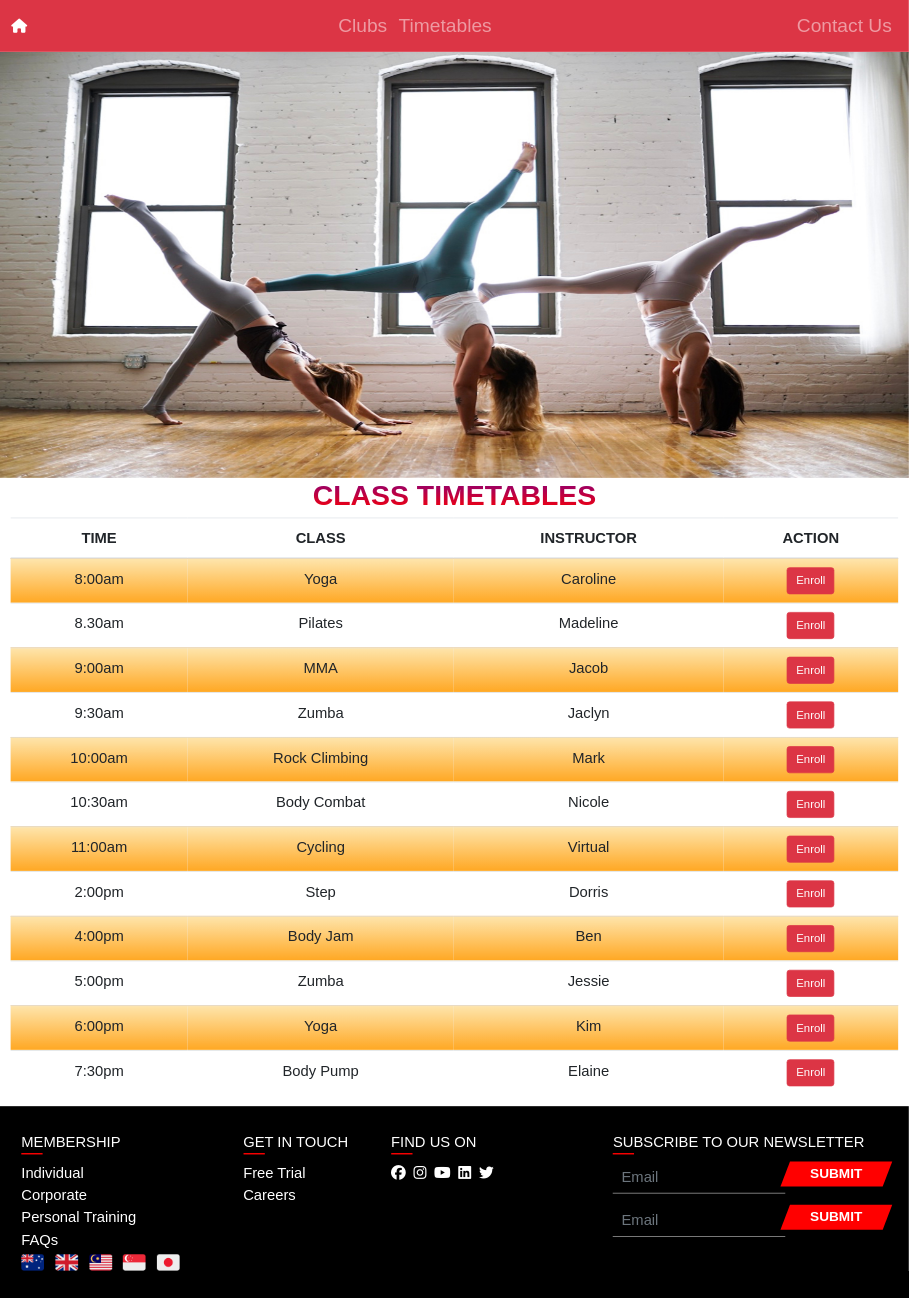
Repository: KJY93/User_Centric_Frontend_Development_Project
Page: timetables.html
The author's editor kept a record of every edit. The page is drawn from the files as they stood at one moment, then again after the next edit.
The browser window is 1280 px wide. The pictures show the whole page, at 71% of full size.
Some web fonts or font styles are not loaded; a fallback is used. Some web libraries are served in a nearby version.

Above is the page before.

### timetables.html
<!DOCTYPE html>
<html lang="en-US">
	<head>
	    <meta charset="UTF-8">
	    <meta name="viewport" content="width=device-width, initial-scale=1.0">
	    <meta http-equiv="X-UA-Compatible" content="ie=edge">
	    <title>Shape Shifters | Our Clubs</title>

		<!-- Google Fonts -->
	    <link href="https://fonts.googleapis.com/css?family=Cute+Font&display=swap" rel="stylesheet">

	    <!-- Logo -->
	    <link rel="icon" href="static/fitness-logo.ico">

	    <!-- Bootstrap CSS -->
	    <link rel="stylesheet" href="https://stackpath.bootstrapcdn.com/bootstrap/4.3.1/css/bootstrap.min.css" integrity="sha384-ggOyR0iXCbMQv3Xipma34MD+dH/1fQ784/j6cY/iJTQUOhcWr7x9JvoRxT2MZw1T" crossorigin="anonymous">

	    <!-- External CSS StyleSheet -->
		<link rel="stylesheet" type="text/css" href="static/styles.css">

		<!-- Bootstrap JS -->
	    <script src="https://code.jquery.com/jquery-3.3.1.slim.min.js" integrity="sha384-q8i/X+965DzO0rT7abK41JStQIAqVgRVzpbzo5smXKp4YfRvH+8abtTE1Pi6jizo" crossorigin="anonymous"></script>
	    <script src="https://cdnjs.cloudflare.com/ajax/libs/popper.js/1.14.7/umd/popper.min.js" integrity="sha384-UO2eT0CpHqdSJQ6hJty5KVphtPhzWj9WO1clHTMGa3JDZwrnQq4sF86dIHNDz0W1" crossorigin="anonymous"></script>
	    <script src="https://stackpath.bootstrapcdn.com/bootstrap/4.3.1/js/bootstrap.min.js" integrity="sha384-JjSmVgyd0p3pXB1rRibZUAYoIIy6OrQ6VrjIEaFf/nJGzIxFDsf4x0xIM+B07jRM" crossorigin="anonymous"></script>

	    <!-- Font Awesome -->
	    <script src="https://kit.fontawesome.com/3df94da5fe.js"></script>
	</head>

	<body>
	    <main>
	        <!-- Navbar -->
			<nav class="navbar navbar-expand-md navbar-dark bg-danger">
			  	<a class="navbar-brand" href="index.html"><i class="fas fa-home"></i></a>
			  	<button class="navbar-toggler" type="button" data-toggle="collapse" data-target="#navbarNav">
			    <span class="navbar-toggler-icon"></span>
			  	</button>
			  	<div class="collapse navbar-collapse" id="navbarNav">
			    	<ul class="navbar-nav ml-auto">
			      		<li class="nav-item">
			        		<a class="nav-link" href="clubs.html">Clubs</a>
			      		</li>
			      		<li class="nav-item">
			        		<a class="nav-link" href="timetables.html">Timetables</a>
			      		</li>
			    	</ul>

			    	<ul class="navbar-nav ml-auto">
			      		<li class="nav-item">
			        		<a class="nav-link" href="contact.html">Contact Us</a>
			      		</li>
			    	</ul>
			  	</div>
			</nav>

			<!-- Timetables background -->
			<div id="timetables-header-background"></div>

			<!-- Class Timetables Header-->
			<div>
				<h1 class="club-header"><strong>CLASS TIMETABLES</strong></h1>
			</div>

			<!-- Timetables -->
			<div class="container-fluid">
                <table class="table table-striped">
                    <thead>
                        <tr>
                            <th scope="col">TIME</th>
                            <th scope="col">CLASS</th>
                            <th scope="col">INSTRUCTOR</th>
                            <th scope="col">ACTION</th>
                        </tr>
                    </thead>
                    <tbody>
                        <tr>
                            <td>8:00am</td>
                            <td>Yoga</td>
                            <td>Caroline</td>
                            <td><button type="button" class="btn btn-danger">Enroll</button></td>
                        </tr>
                        <tr>
                            <td>8.30am</td>
                            <td>Pilates</td>
                            <td>Madeline</td>
                            <td><button type="button" class="btn btn-danger">Enroll</button></td>
                        </tr>
                        <tr>
                            <td>9:00am</td>
                            <td>MMA</td>
                            <td>Jacob</td>
                            <td><button type="button" class="btn btn-danger">Enroll</button></td>
                        </tr>
                        <tr>
                            <td>9:30am</td>
                            <td>Zumba</td>
                            <td>Jaclyn</td>
                            <td><button type="button" class="btn btn-danger">Enroll</button></td>
                        </tr>
                        <tr>
                            <td>10:00am</td>
                            <td>Rock Climbing</td>
                            <td>Mark</td>
                            <td><button type="button" class="btn btn-danger">Enroll</button></td>
                        </tr>
                        <tr>
                            <td>10:30am</td>
                            <td>Body Combat</td>
                            <td>Nicole</td>
                            <td><button type="button" class="btn btn-danger">Enroll</button></td>
                        </tr>
                        <tr>
                            <td>11:00am</td>
                            <td>Cycling</td>
                            <td>Virtual</td>
                            <td><button type="button" class="btn btn-danger">Enroll</button></td>
                        </tr>
                        <tr>
                            <td>2:00pm</td>
                            <td>Step</td>
                            <td>Dorris</td>
                            <td><button type="button" class="btn btn-danger">Enroll</button></td>
                        </tr>
                        <tr>
                            <td>4:00pm</td>
                            <td>Body Jam</td>
                            <td>Ben</td>
                            <td><button type="button" class="btn btn-danger">Enroll</button></td>
                        </tr>
                        <tr>
                            <td>5:00pm</td>
                            <td>Zumba</td>
                            <td>Jessie</td>
                            <td><button type="button" class="btn btn-danger">Enroll</button></td>
                        </tr>
                        <tr>
                            <td>6:00pm</td>
                            <td>Yoga</td>
                            <td>Kim</td>
                            <td><button type="button" class="btn btn-danger">Enroll</button></td>
                        </tr>
                        <tr>
                            <td>7:30pm</td>
                            <td>Body Pump</td>
                            <td>Elaine</td>
                            <td><button type="button" class="btn btn-danger">Enroll</button></td>
                        </tr>
                    </tbody>
                </table>
            </div>

			<!-- Footer -->
			<footer>
				<div class="container-fluid">
					<div class="row">
						<div class="col-sm-12 col-md-3">
							<div>MEMBERSHIP</div>
							<div class="separator"></div>
							<div>Individual</div>
							<div>Corporate</div>
							<div>Personal Training</div>
							<div>FAQs</div>
						</div>

						<div class="col-sm-12 col-md-2">
							<div>GET IN TOUCH</div>
							<div class="separator"></div>
							<div>Free Trial</div>
							<div>Careers</div>
						</div>

						<div class="col-sm-12 col-md-3">
							<div>FIND US ON</div>
							<div class="separator"></div>
							<div>
								<i class="fab fa-facebook social-media-logo"></i>
								<i class="fab fa-instagram social-media-logo"></i>
								<i class="fab fa-youtube social-media-logo"></i>
								<i class="fab fa-linkedin social-media-logo"></i>
								<i class="fab fa-twitter social-media-logo"></i>
							</div>
						</div>

						<div class="col-sm-12 col-md-4">
							<div>SUBSCRIBE TO OUR NEWSLETTER</div>

							<div class="separator"></div>

							<form method="post" action="">
								<div class="input-field-container">
									<div class="form-group">
										<input id="subscription" type="email" class="form-control" placeholder="Email" required>
									</div>

									<div class="each">
										<button type="button" class="submit-btn" value="submit"><span>SUBMIT</span></button>
									</div>
								</div>
							</form>

						<form method="post" action="">
							<div class="input-field-container">
								<div class="form-group">
									<input id="subscription" type="email" class="form-control" placeholder="Email" required>
								</div>

								<div>
									<button type="button" class="submit-btn" value="submit"><span>SUBMIT</span></button>
								</div>
							</div>
						</form>


						</div>

						<div class="col-sm-12">
							<img class="flag-logo" src="static/australia-flag.png" alt="australia flag"/>
							<img class="flag-logo" src="static/uk-flag.png" alt="uk flag"/>
							<img class="flag-logo" src="static/mys-flag.png" alt="malaysia flag"/>
							<img class="flag-logo" src="static/sg-flag.png" alt="singapore flag"/>
							<img class="flag-logo" src="static/jpn-flag.png" alt="japan flag"/>
						</div>

					</div>
				</div>
			</footer>

	    </main>
	</body>
</html>

### static/styles.css
body, html {
	height: 100%;
}

body {
	font-family: 'Cute Font', cursive, sans-serif;
}

/*.nav-status.activelink > span {*/
/*	border: 1px solid red;	*/
/*}*/

body.home a.home, body.articles a.articles, body.blog a.blog {

	background-color: green;

}

.nav-item {
	font-size: 130%;
}

.table-striped > tbody > tr:nth-child(odd) > td {
	background: -webkit-linear-gradient(top, #fee5ac, #ffa824);
}

#subscription {
  background: transparent;
  border: none;
  border-bottom: 1px solid #a9a9a9;
  box-shadow: none;
  border-radius: 0;
}

.iframe-video-size {
	width: 300px;
	height: 320px;
}

.social-media-logo {
	margin-right: 5px;
}

.separator {
	margin-bottom: 10px;
	height: 2px;
	width: 30px;
	background: rgb(255, 0, 0);
	z-index: 1;
}

.row {
	margin-left: 0;
	margin-right: 0;
}

#advert > h1 {
	color: #ffffff;
}

#signup-link {
	color: #ffffff;
}

input[type="email"] {
 	font-size: 1em;
}

.col-sm-12, .col-md-6, .nav-link, #signup-link {
	font-size: 1.3em;
}

.link-deco:link {
	text-decoration: none;
}

.link-deco:hover {
	font-size:120%;
}

.link-font-color, button > .link-deco:hover {
	color: #ffffff;
}

.box2, .box3 {
	background: rgba(255,117,117,0.1);
}

.button-container, p, .challenge-container, #signup-container, .box3, .box2 {
	text-align: center;
}

#divider {
	width: 100%;
	border: 1px solid black;
}

footer {
	padding-top: 35px;
	padding-bottom: 35px;
	background: rgba(0, 0, 0);
	color: #ffffff;
}

.box1 {
	background:url('../static/background-mobile.jpg');
	background-repeat: no-repeat;
	background-size: 100% 100%;
	height: 280px;
	display: flex;
	align-items: center;
	justify-content: center;
}

/*https://codepen.io/adamjohnson/pen/aokGt*/
/* Skew button design adapted from the above codepen project*/
.submit-btn {
	color: #fff;
	background: #ff0000;
	font-weight: 700;
	text-align: center;
	text-decoration: none;
	border: 0;
	outline: 0;
	font-size: 1.2rem;
	padding: 12px 35px;
	display: inline-block;
	transform: skew(-21deg);
	border-radius: 0;
}

.input-field-container {
	display: flex;
	flex-direction: row;
}

.submit-btn:hover {
	background: #0069a8;
}

span {
	display: inline-block; /* change to inline-block so that the text can be un-skewed*/
}

.submit-btn > span {
	-webkit-transform: skew(21deg);  /* Un-skew the text */
}

.btn-group {
	padding-left: 15px;
}

.btn-group-1 {
	background: lightblue;
}

.flag-logo {
	padding-right: 10px;
}

#club-header-background {
	background:url('../static/bodycombat.jpg');
	background-repeat: no-repeat;
	background-size: 100% 100%;
	height: 200px;
}

.club-header {
	text-align: center;
	background: linear-gradient(to top, #ff0000 , #800080);
	-webkit-background-clip: text;
	-webkit-text-fill-color: transparent;
	font-size: 2.5em;
}

.location {
	display: flex;
	flex-direction: column;
	justify-content: center;
	align-items: center;
	color: #ffffff;
	margin-bottom: 20px;
}

.location:link {
	text-decoration: none;
}

.location:hover {
	opacity: 0.8;
}

.location:hover .location-name, .location:hover .club-info {
	background: linear-gradient(to top, #ff0000 , #ff9800);
	-webkit-background-clip: text;
	-webkit-text-fill-color: transparent;
}

.location-name {
	font-size: 2.3em;
}

.club-info {
	font-size: 1.2em;
	border: 1px solid #ffffff;
	padding-left: 20px;
	padding-right: 20px;
	border-radius: 20px;
}

#location-image-1 {
	background:url('../static/paragon.jpg');
    background-size: 100% 100%;
    background-repeat: no-repeat;
    background-position: center;
	border-radius: 10px;
	height: 250px;
}

#location-image-2 {
	background:url('../static/clarke-quay.jpg');
    background-size: 100% 100%;
    background-repeat: no-repeat;
    background-position: center;
	border-radius: 10px;
	height: 250px;
}

#location-image-3 {
	background:url('../static/tanjongpagar.jpg');
    background-size: 100% 100%;
    background-repeat: no-repeat;
    background-position: center;
	border-radius: 10px;
	height: 250px;
}

#location-image-4 {
	background:url('../static/vivocity.jpg');
    background-size: 100% 100%;
    background-repeat: no-repeat;
    background-position: center;
	border-radius: 10px;
	height: 250px;
}

#location-image-5 {
	background:url('../static/rafflesplace.jpg');
    background-size: 100% 100%;
    background-repeat: no-repeat;
    background-position: center;
	border-radius: 10px;
	height: 250px;
}

#location-image-6 {
	background:url('../static/rafflesmall.jpg');
    background-size: 100% 100%;
    background-repeat: no-repeat;
    background-position: center;
	border-radius: 10px;
	height: 250px;
}

#timetables-header-background {
	background:url('../static/groupyoga.jpg');
	background-repeat: no-repeat;
	background-size: 100% 100%;
	height: 250px;
}

/* override text alignment and font-size*/
.table {
	text-align: center;
	font-size: 1.3rem;
}

#contact-us-background {
	background:url('../static/reachout.jpg');
	background-repeat: no-repeat;
	background-size: 100% 100%;
	height: 200px;
}

.contact-container {
	display: flex;
	align-items: center;
	flex-direction: column;
}

.generic-submit-btn-container, .form-attribute {
	text-align: center;
}

.form-group.w-75 {
	text-align: center;
}

.contact-us {
	font-size: 1.8em;
}

.generic-submit-btn-container {
	margin-bottom: 15px;
}

.form-attribute, .form-placeholder:placeholder-shown, textarea:placeholder-shown {
  font-size: 1.2em;
}

/* for extra small device */
@media (max-width: 400px) {
	.iframe-video-size {
	width: 260px;
	height: 320px;
	}

	#club-header-background {
		height: 160px;
	}

	.club-header {
		font-size: 2.0em;
	}

	.location-name {
		font-size: 2.0em;
	}

	.club-info {
		font-size: 1.0em;
	}

	.contact-us {
		font-size: 1.5em;
	}
	.box1 {
		height: 220px;
	}
}

/* for medium screen device */
@media (min-width: 768px) and (max-width: 991.98px) {
	.box1 {
		background:url('../static/background.jpg');
		background-repeat: no-repeat;
		height: 400px; /* 550 */
		background-size: 100% 100%;
	}

	.box2 {
		text-align: center;
	}

	.btn-group {
		padding-left: 0;
	}

	.iframe-video-size {
		width: 340px;
		height: 320px;
	}

	#timetables-header-background {
		height: 450px;
	}

	.table {
		font-size: 1.8rem;
	}

	#contact-us-background {
		height: 450px;
	}

	.form-attribute, .form-placeholder:placeholder-shown, textarea:placeholder-shown,
	.generic-submit-btn-container > button {
	  font-size: 1.4em;
	}

	.location-name, .club-info {
		font-size: 1.5em;
	}
}

/* for large screen device */
@media (min-width: 992px) {
	.box1 {
		height: 600px;
	}

	.btn-group {
		padding-left: 0;
	}

	.submit-btn {
		padding: 3px 35px;
	}

	.iframe-video-size {
		width: 470px;
		height: 320px;
	}

	#club-header-background {
		height: 376px;
	}

	#timetables-header-background {
		height: 600px;
	}

	#contact-us-background {
		height: 550px;
	}

	.form-attribute, .form-placeholder:placeholder-shown, textarea:placeholder-shown,
	.generic-submit-btn-container > button {
	  font-size: 1.5em;
	}

}

After the next edit:
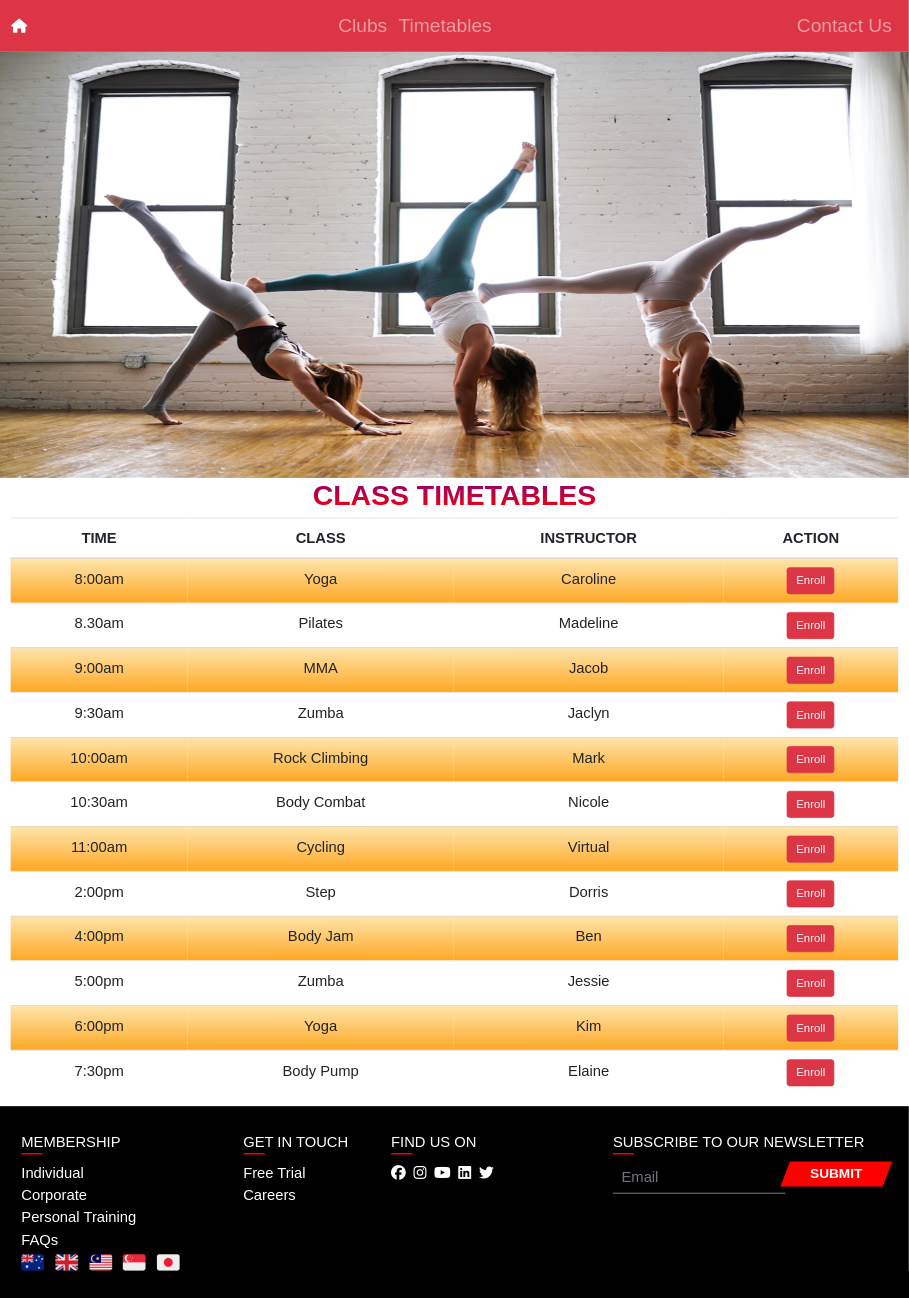
The edit:
--- a/timetables.html
+++ b/timetables.html
@@ -197,20 +197,6 @@
 									</div>
 								</div>
 							</form>
-
-						<form method="post" action="">
-							<div class="input-field-container">
-								<div class="form-group">
-									<input id="subscription" type="email" class="form-control" placeholder="Email" required>
-								</div>
-
-								<div>
-									<button type="button" class="submit-btn" value="submit"><span>SUBMIT</span></button>
-								</div>
-							</div>
-						</form>
-
-
 						</div>
 
 						<div class="col-sm-12">
